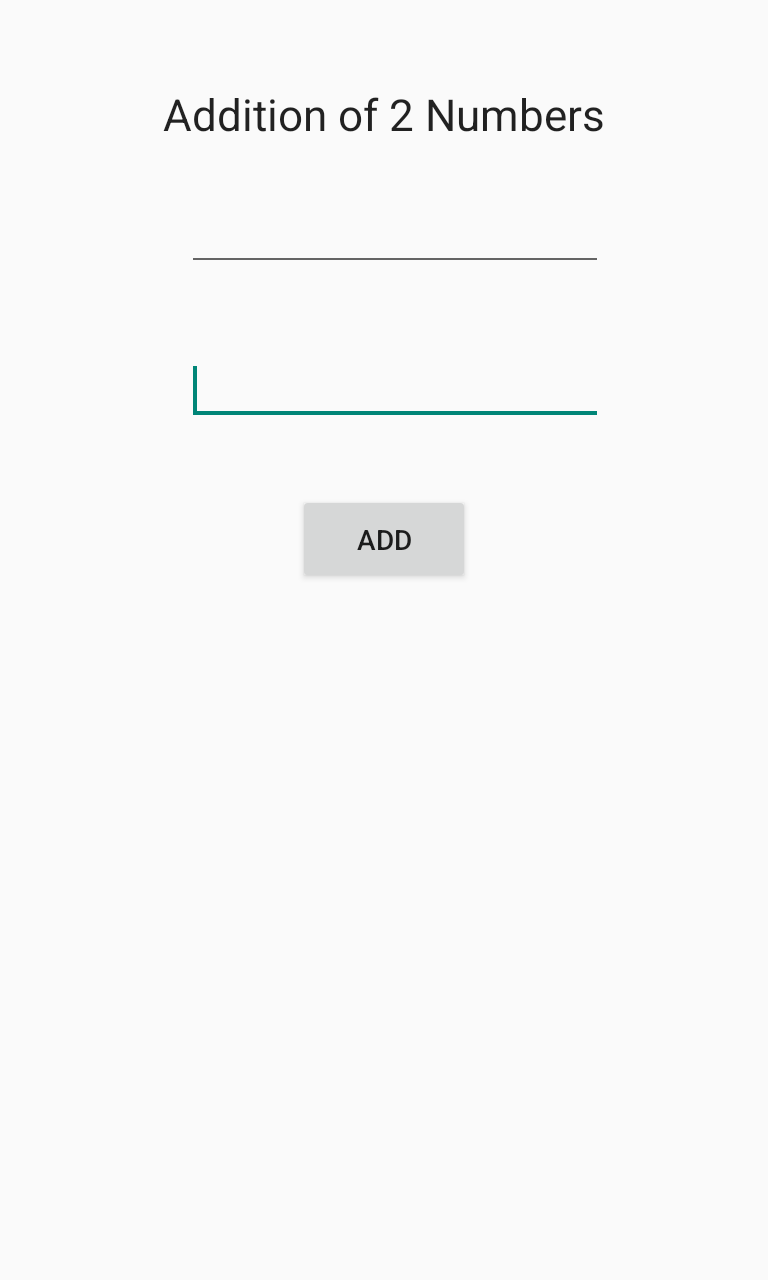
Repository: thamilmani-at-github-io/Learning-Programming-
Layout: Android/Calculator/res/layout/activity_main.xml
An editor plug-in stored every save of this project. The layout is shown before and after the next save, followed by the edit.
It is drawn on a 768 x 1280 px phone screen (xhdpi) without system bars, with theme AppTheme; the app's code is not run.

Above is the layout before, as saved 2025-06-14 09:35:27.

After the next save:
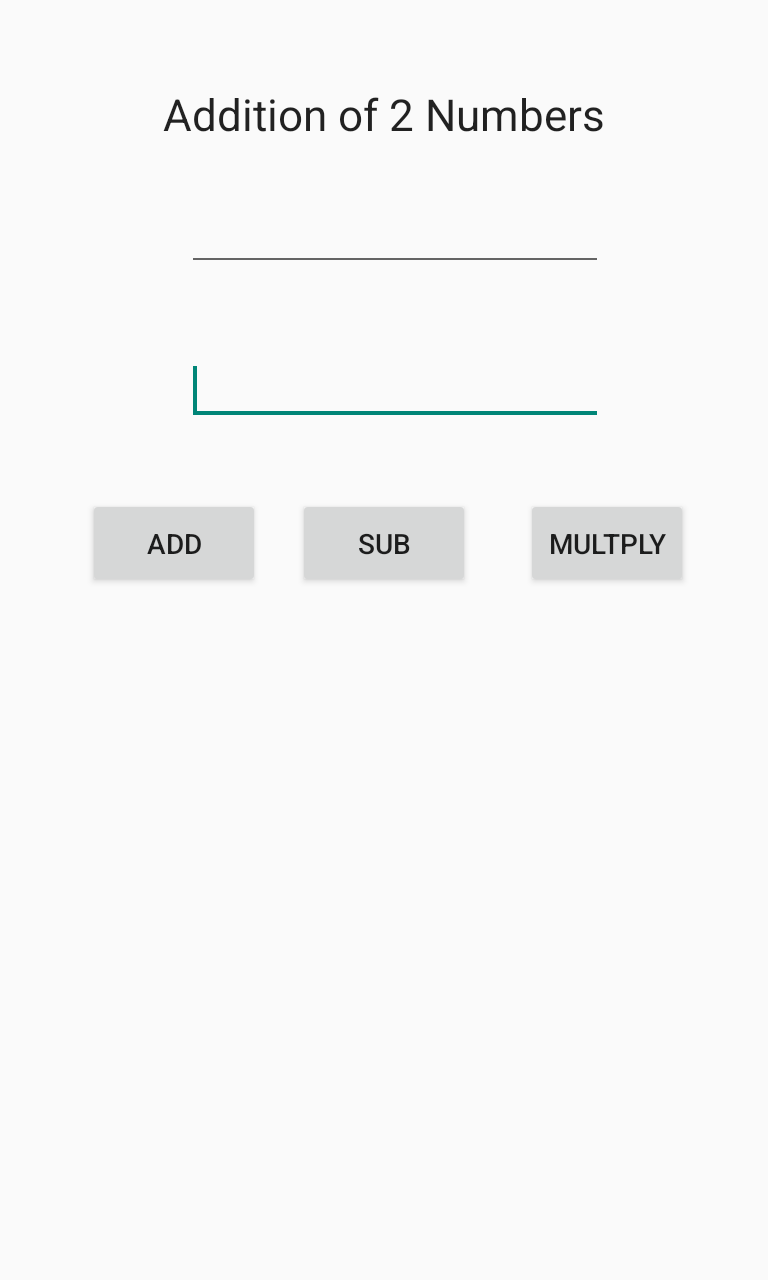
Saved 76 min 57 s later.
--- a/Android/Calculator/res/layout/activity_main.xml
+++ b/Android/Calculator/res/layout/activity_main.xml
@@ -39,14 +39,6 @@
         <requestFocus />
     </EditText>
 
-    <Button
-        android:id="@+id/button1"
-        android:layout_width="wrap_content"
-        android:layout_height="wrap_content"
-        android:layout_below="@+id/editText2"
-        android:layout_centerHorizontal="true"
-        android:layout_marginTop="31dp"
-        android:text="Add" />
 
     <TextView
         android:id="@+id/textView1"
@@ -59,4 +51,32 @@
         android:text=""
         android:textAppearance="?android:attr/textAppearanceSmall" />
 
+    <Button
+        android:id="@+id/button2"
+        style="?android:attr/buttonStyleSmall"
+        android:layout_width="wrap_content"
+        android:layout_height="wrap_content"
+        android:layout_alignBottom="@+id/button1"
+        android:layout_alignParentRight="true"
+        android:layout_marginRight="23dp"
+        android:text="Multply" />
+
+    <Button
+        android:id="@+id/button1"
+        android:layout_width="wrap_content"
+        android:layout_height="wrap_content"
+        android:layout_below="@+id/editText2"
+        android:layout_marginTop="33dp"
+        android:layout_toRightOf="@+id/textView1"
+        android:text="Add" />
+
+    <Button
+        android:id="@+id/button3"
+        android:layout_width="wrap_content"
+        android:layout_height="wrap_content"
+        android:layout_alignBaseline="@+id/button1"
+        android:layout_alignBottom="@+id/button1"
+        android:layout_centerHorizontal="true"
+        android:text="Sub" />
+
 </RelativeLayout>
